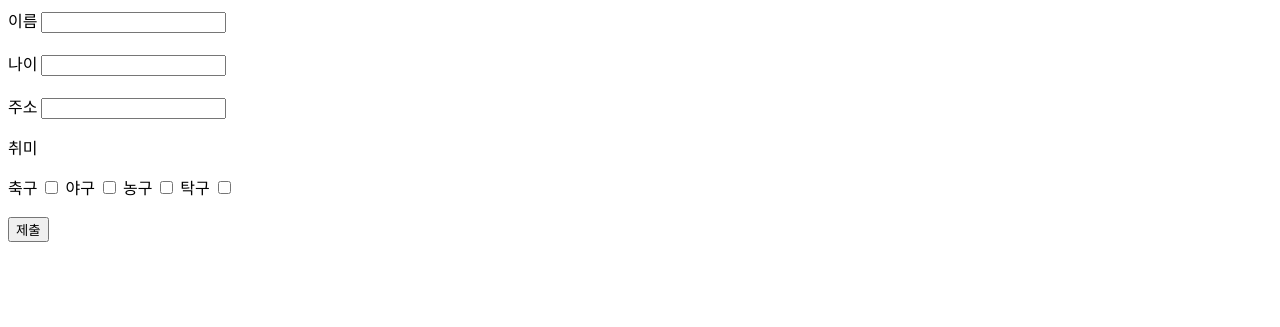
Repository: Minh137/java_works
Page: web06/src/main/webapp/userform.html
These files come from the project's save history. The page is drawn as it stood at one moment and after the next save; the edit follows.
The browser window is 1280 px wide. The pictures show the whole page.

Above is the page before, as saved 2024-08-27 01:06:08.

After the next save:
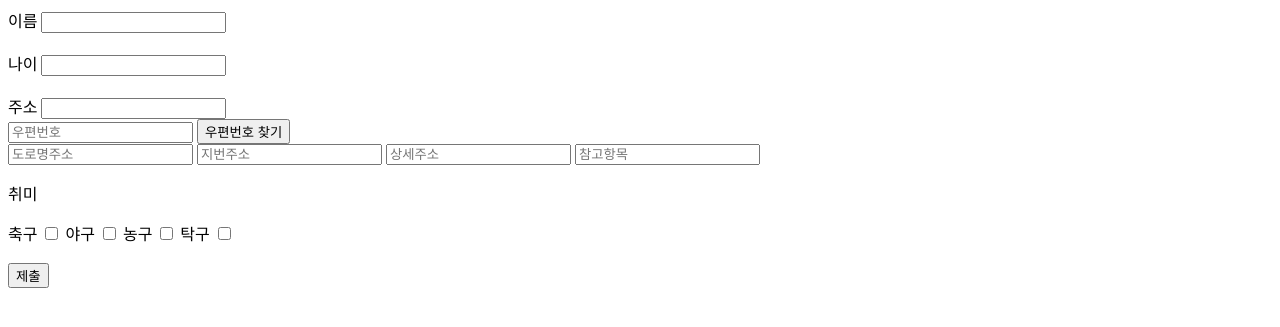
Saved 58 s later.
--- a/web06/src/main/webapp/userform.html
+++ b/web06/src/main/webapp/userform.html
@@ -14,6 +14,14 @@
 
 		<label>주소</label>
 		<input type="text" id="addr" name="addr" required><br>
+		<input type="text" id="sample4_postcode" placeholder="우편번호">
+<input type="button" onclick="sample4_execDaumPostcode()" value="우편번호 찾기"><br>
+<input type="text" id="sample4_roadAddress" placeholder="도로명주소">
+<input type="text" id="sample4_jibunAddress" placeholder="지번주소">
+<span id="guide" style="color:#999;display:none"></span>
+<input type="text" id="sample4_detailAddress" placeholder="상세주소">
+<input type="text" id="sample4_extraAddress" placeholder="참고항목">
+
 		<p>취미</p>
 		<label>축구</label>
 		<input type="checkbox" id="hob" name="hob" value="축구" >
@@ -26,5 +34,64 @@
 
 		<input type="submit" value="제출">
 	</form>
+
 </body>
+<script src="//t1.daumcdn.net/mapjsapi/bundle/postcode/prod/postcode.v2.js"></script>
+<script>
+    //본 예제에서는 도로명 주소 표기 방식에 대한 법령에 따라, 내려오는 데이터를 조합하여 올바른 주소를 구성하는 방법을 설명합니다.
+    function sample4_execDaumPostcode() {
+        new daum.Postcode({
+            oncomplete: function(data) {
+                // 팝업에서 검색결과 항목을 클릭했을때 실행할 코드를 작성하는 부분.
+
+                // 도로명 주소의 노출 규칙에 따라 주소를 표시한다.
+                // 내려오는 변수가 값이 없는 경우엔 공백('')값을 가지므로, 이를 참고하여 분기 한다.
+                var roadAddr = data.roadAddress; // 도로명 주소 변수
+                var extraRoadAddr = ''; // 참고 항목 변수
+
+                // 법정동명이 있을 경우 추가한다. (법정리는 제외)
+                // 법정동의 경우 마지막 문자가 "동/로/가"로 끝난다.
+                if(data.bname !== '' && /[동|로|가]$/g.test(data.bname)){
+                    extraRoadAddr += data.bname;
+                }
+                // 건물명이 있고, 공동주택일 경우 추가한다.
+                if(data.buildingName !== '' && data.apartment === 'Y'){
+                   extraRoadAddr += (extraRoadAddr !== '' ? ', ' + data.buildingName : data.buildingName);
+                }
+                // 표시할 참고항목이 있을 경우, 괄호까지 추가한 최종 문자열을 만든다.
+                if(extraRoadAddr !== ''){
+                    extraRoadAddr = ' (' + extraRoadAddr + ')';
+                }
+
+                // 우편번호와 주소 정보를 해당 필드에 넣는다.
+                document.getElementById('sample4_postcode').value = data.zonecode;
+                document.getElementById("sample4_roadAddress").value = roadAddr;
+                document.getElementById("sample4_jibunAddress").value = data.jibunAddress;
+
+                // 참고항목 문자열이 있을 경우 해당 필드에 넣는다.
+                if(roadAddr !== ''){
+                    document.getElementById("sample4_extraAddress").value = extraRoadAddr;
+                } else {
+                    document.getElementById("sample4_extraAddress").value = '';
+                }
+
+                var guideTextBox = document.getElementById("guide");
+                // 사용자가 '선택 안함'을 클릭한 경우, 예상 주소라는 표시를 해준다.
+                if(data.autoRoadAddress) {
+                    var expRoadAddr = data.autoRoadAddress + extraRoadAddr;
+                    guideTextBox.innerHTML = '(예상 도로명 주소 : ' + expRoadAddr + ')';
+                    guideTextBox.style.display = 'block';
+
+                } else if(data.autoJibunAddress) {
+                    var expJibunAddr = data.autoJibunAddress;
+                    guideTextBox.innerHTML = '(예상 지번 주소 : ' + expJibunAddr + ')';
+                    guideTextBox.style.display = 'block';
+                } else {
+                    guideTextBox.innerHTML = '';
+                    guideTextBox.style.display = 'none';
+                }
+            }
+        }).open();
+    }
+</script>
 </html>
